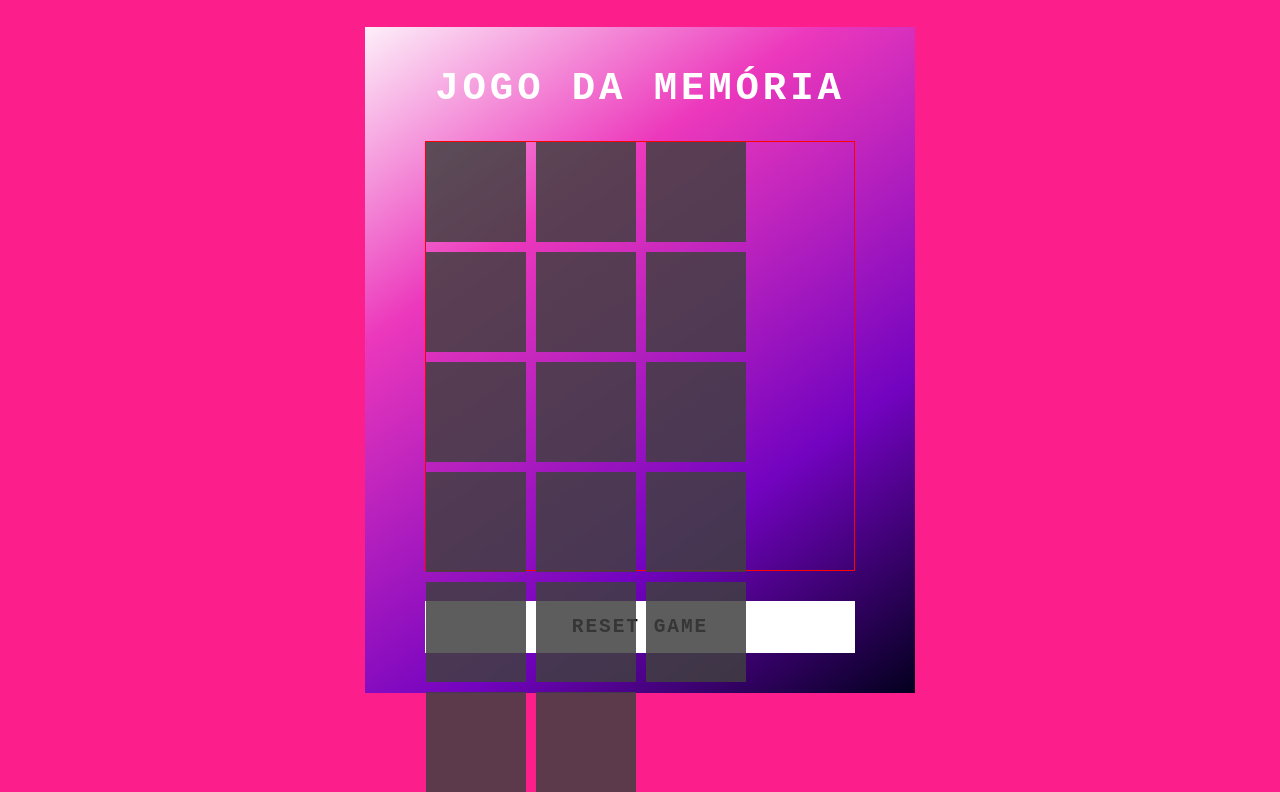
Repository: Zoemateus324/memory-game
Page: index.html
The author's editor kept a copy of each file at every save. The page is drawn from the files as they stood at one save, then again after the next save.
The browser window is 1280 px wide. The pictures show the whole page.

Above is the page before, as saved 2024-11-27 08:58:28.

### index.html
<!DOCTYPE html>
<html lang="pt-br">

<head>
    <meta charset="UTF-8">
    <meta name="viewport" content="width=device-width, initial-scale=1.0">
    <title>Memory Game</title>
    <link rel="stylesheet" href="./src/styles/reset.css">
    <link rel="stylesheet" href="./src/styles/main.css">
</head>

<body>
    <div class="container">
        <h2>Jogo da Memória</h2>
        <div class="game">
            <div class="item"></div>
        </div>
        <button class="reset" onclick="window.location.reload()">RESET GAME</button>
    </div>



    <script src="./src/scripts/engine.js" defer></script>
</body>

</html>

### src/styles/reset.css
*{
    margin:0;
    padding:0;
    outline:none;
    box-sizing:border-box;
    font-family:monospace;
}

### src/styles/main.css
body{
    display:flex;
    justify-content:center;
    align-items:center;
    min-height:100vh;
    background:#fc1e8a;

}


.container{
    position:relative;
    display:flex;
    flex-direction:column;
    justify-content:center;
    align-items:center;
    gap:30px;
    background:linear-gradient(
        325deg,
        #03001e 0%,
        #7303c0 30%,
        #ec38bc 70%,
        #fdeff9 100%
    );
    padding:40px 60px;
}


h2{
    font-size:3em;
    color: #fff;
    text-transform:uppercase;
    letter-spacing:0.1em;
}


.reset{
    padding:15px 20px;
    width:100%;
    color:#000;
    background-color:#fff;
    border:none;
    font-size:1.5em;
    letter-spacing:0.1em;
    text-transform:uppercase;
    cursor:pointer;
    font-weight:600;

}

.reset:focus{
    color:#ec38bc;
    background-color:#262809;
}


.game{
    display:flex;
    width:430px;
    height:430px;
    border:1px solid red;
    flex-wrap:wrap;
    gap:10px;
    transform-style:preserve-3d;
    perspective:500px;
}


.item{
    position:relative;
    width:100px;
    height:100px;
    opacity:85%;
    display:flex;
    align-items:center;
    justify-content:center;
    background-color:#fff;


    font-size:3em;
    transform:rotateY(180deg);
    transition:0.25s;
}

.item::after{
    content:"";
    position:absolute;
    inset:0;
    background:#404040;
    transition:0.25s;
    transform:rotateY(0deg);
    backface-visibility:hidden;
}

### src/scripts/engine.js
const emojis = [
    "😁",
    "😁",
    "😢",
    "😢",
    "😤",
    "😤",
    "🤡",
    "🤡",
    "👹",
    "👹",
    "🐵",
    "🐵",
    "🦄",
    "🦄",
    "🦁",
    "🦁"
];
let openCards = [];



let shuffleEmojis = emojis.sort(() => (Math.random() > 0.5 ? 2 : -1));



for (let i = 0; i < emojis.length; i++) {
    let box = document.createElement("div");
    box.className = "item";
    box.innerHTML = shuffleEmojis[i];
    box.onclick
    document.querySelector(".game").appendChild(box);
}

After the next save:
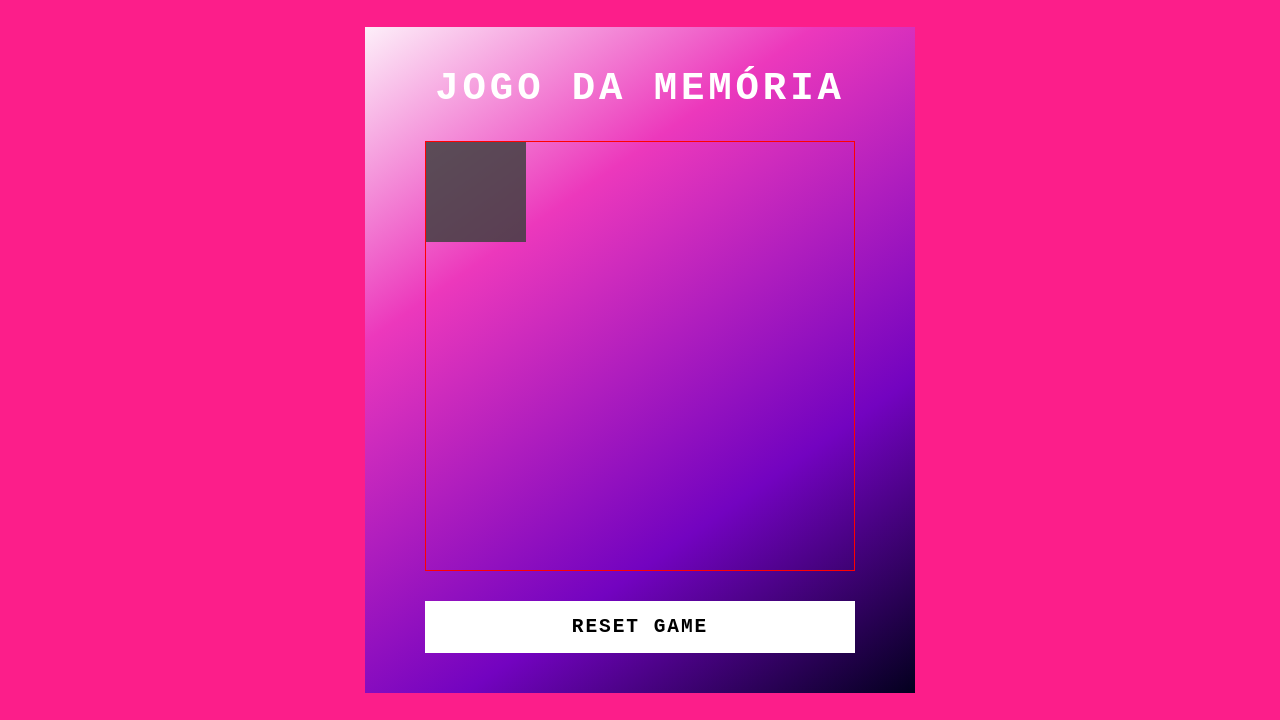
Console error: ReferenceError: handleClick is not defined
Saved 10 s later.
--- a/src/scripts/engine.js
+++ b/src/scripts/engine.js
@@ -28,6 +28,6 @@
     let box = document.createElement("div");
     box.className = "item";
     box.innerHTML = shuffleEmojis[i];
-    box.onclick
+    box.onclick = handleClick;
     document.querySelector(".game").appendChild(box);
 }

After the 2 saves that followed:
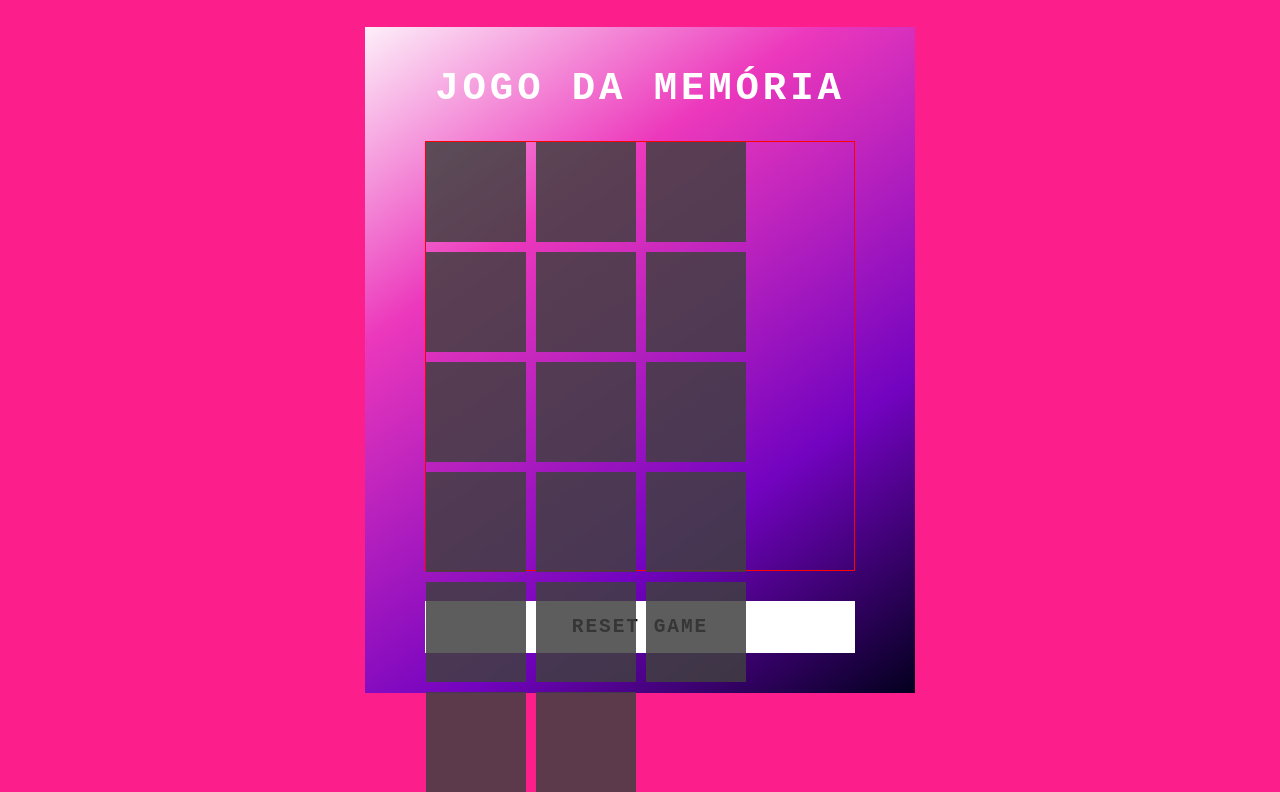
The error is gone.
The 2 saves are shown as one change because they came seconds apart.
The last was saved 44 s later.
--- a/src/scripts/engine.js
+++ b/src/scripts/engine.js
@@ -31,3 +31,8 @@
     box.onclick = handleClick;
     document.querySelector(".game").appendChild(box);
 }
+
+
+function handleClick() {
+
+}
